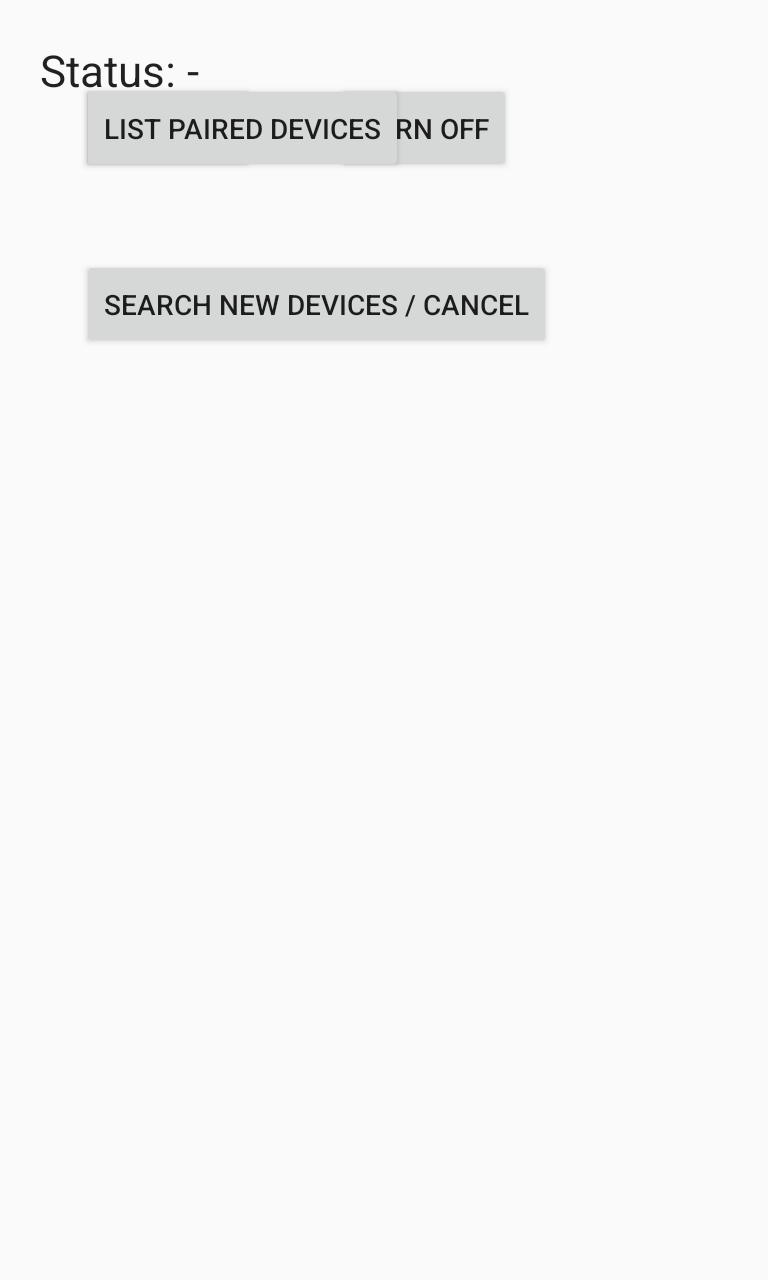
Repository: maayanGitHub/dont4getme
Layout: Dont4getMe/res/layout/activity_main.xml
An editor plug-in stored every save of this project. The layout is shown before and after the next save, followed by the edit.
It is drawn on a 768 x 1280 px phone screen (xhdpi) without system bars, with theme AppTheme; the app's code is not run. Lists and similar views that code fills are empty.

Above is the layout before, as saved 2014-03-19 09:34:05.

### Dont4getMe/res/layout/activity_main.xml
<RelativeLayout xmlns:android="http://schemas.android.com/apk/res/android"
   xmlns:tools="http://schemas.android.com/tools"
   android:layout_width="match_parent"
   android:layout_height="match_parent"
   tools:context=".MainActivity" >

  <TextView
       android:id="@+id/text"
       android:layout_width="wrap_content"
       android:layout_height="wrap_content"
       android:textAppearance="?android:attr/textAppearanceLarge"
       android:text="@string/Text"
       android:layout_margin="20dip" />

   <LinearLayout
      android:layout_width="match_parent"
      android:layout_height="wrap_content"
      android:orientation="horizontal"
      android:layout_marginTop="30dp"
      android:layout_margin="20dip"  >

   <Button
      android:id="@+id/turnOn"
      android:layout_width="wrap_content"
      android:layout_height="wrap_content"
      android:text="@string/on"
      android:layout_margin="20dip" />

   <Button
      android:id="@+id/turnOff"
      android:layout_width="wrap_content"
      android:layout_height="wrap_content"
      android:text="@string/off"
      android:layout_margin="20dip"  />

   </LinearLayout>


   <LinearLayout
      android:layout_width="match_parent"
      android:layout_height="wrap_content"
      android:orientation="vertical"
      android:layout_marginTop="80dp"
      android:layout_margin="20dip"  >

	   <Button
	      android:id="@+id/paired"
	      android:layout_width="wrap_content"
	      android:layout_height="wrap_content"
	      android:text="@string/List"
	      android:layout_margin="20dip" />

	   <Button
	      android:id="@+id/search"
	      android:layout_width="wrap_content"
	      android:layout_height="wrap_content"
	      android:text="@string/Find"
	      android:layout_margin="20dip" />

	   <ListView
	       android:id="@+id/listView1"
	       android:layout_width="fill_parent"
	       android:layout_height="200dp"
	       android:layout_margin="20dip"  >

	   </ListView>

   </LinearLayout>

</RelativeLayout>

### Dont4getMe/res/values/strings.xml
<?xml version="1.0" encoding="utf-8"?>
<resources>

    <string name="app_name">BluetoothTest</string>
    <string name="action_settings">Settings</string>
    <string name="Text">Status: -</string>
    <string name="on">Turn On</string>
    <string name="off">Turn Off</string>
    <string name="List">List paired Devices</string>
    <string name="Find">Search new Devices / Cancel</string>
    <string name="status_not_found"> Status: not supported</string>
    <string name="status_disconnected"> Status: Disconnected</string>



</resources>

Loaded but not shown: Dont4getMe/res/values/styles.xml (common file); Dont4getMe/res/values-v11/styles.xml (common file); Dont4getMe/res/values-v14/styles.xml (common file)

After the next save:
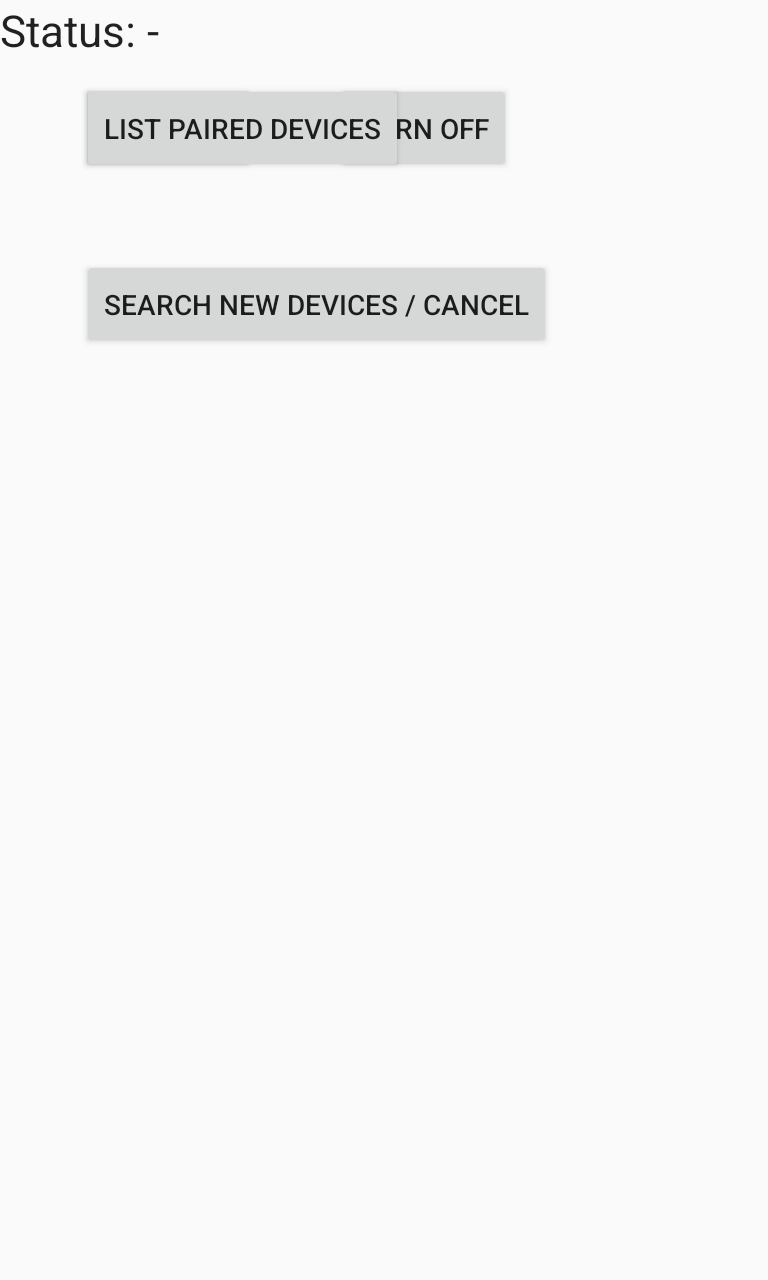
Saved 22 s later.
--- a/Dont4getMe/res/layout/activity_main.xml
+++ b/Dont4getMe/res/layout/activity_main.xml
@@ -9,8 +9,7 @@
        android:layout_width="wrap_content"
        android:layout_height="wrap_content"
        android:textAppearance="?android:attr/textAppearanceLarge"
-       android:text="@string/Text"
-       android:layout_margin="20dip" />
+       android:text="@string/Text" />
 
    <LinearLayout
       android:layout_width="match_parent"
